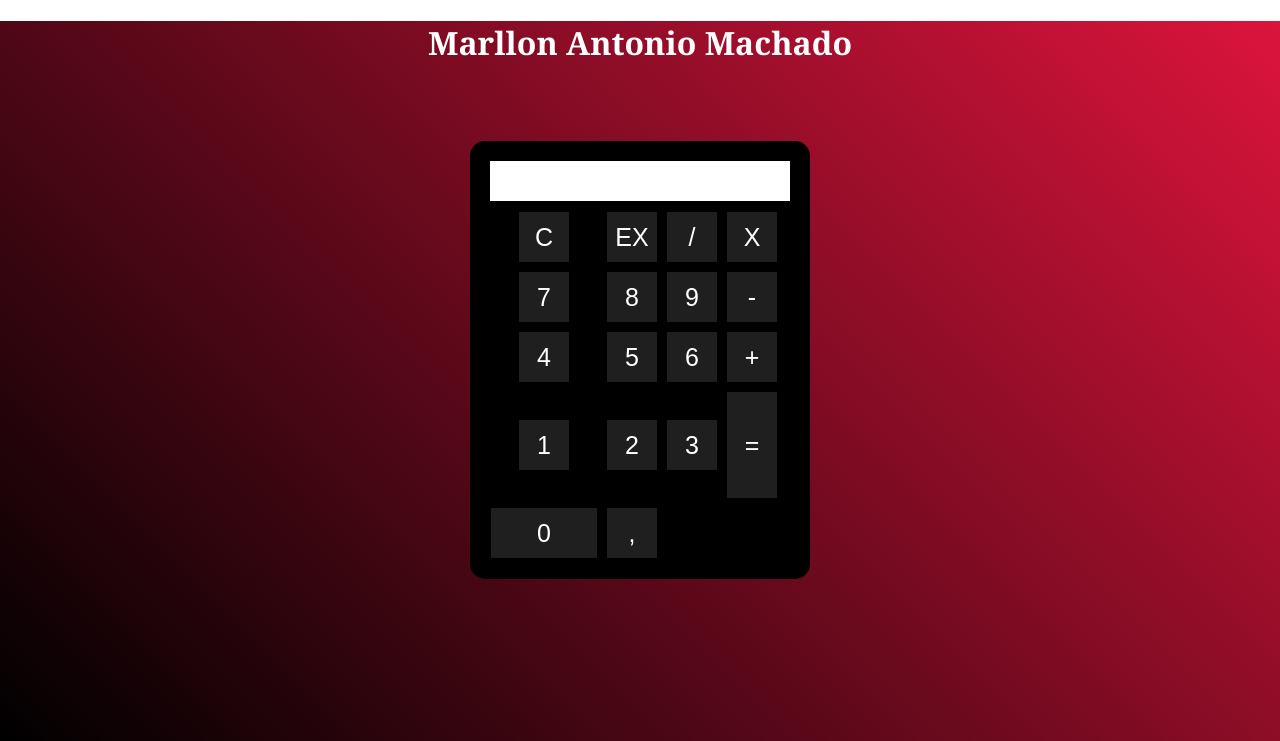
Repository: marllon-hetzler/calculadora.js
Page: interface.html
An editor plug-in stored every save of this project. The page is shown before and after the next save, followed by the edit.
The browser window is 1280 px wide. The pictures show the whole page.

Above is the page before, as saved 2022-11-04 19:57:23.

### interface.html
<!DOCTYPE html>
<html lang="en">
<head>
    <meta charset="UTF-8">
    <meta http-equiv="X-UA-Compatible" content="IE=edge">
    <meta name="viewport" content="width=, initial-scale=1.0">
    <title>Document</title>
</head>

    <style>
        body{
            margin: 0;
            padding: 0;
        }
        .fundo{
            background-image:linear-gradient(45deg,black,crimson);
            height:100vh;
            color: #fff;
            font-family: Georgia, 'Times New Roman', Times, serif;
            font-weight: bold;
            text-align: center;

        }
        .calculadora{
            position:absolute;
            background-color: rgba(0,0,0.8);
            top:50%;
            left: 50%;
            transform:translate(-50%,-50%) ;
            border-radius: 15px;
            padding: 15px;


        }
        .botao{
            width: 50px;
            height: 50px;
            font-size: 25px;
            cursor:pointer;
            background-color: rgb(31,31,31) ;
            border: none;
            color:#fff;
            margin: 3px;

            }
        .botao:hover{
            background-color: darkgray;
        }
        #resultado{
            background-color: white;
            width: 290px;
            height: 30px;
            margin: 5px;
            font-size: 25px;
            color: black;
            text-align: right;
            padding: 5px;
        }

    </style>
<body>


<div class="fundo">

    <h1>Marllon Antonio Machado</h1>
    <div class="calculadora">
        <p id="resultado"></p>
        <table>
            <tr>
                <td><button class ="botao" onclick="clean()">C</button></td>
                <td><button class ="botao" onclick="back()">EX</button></td>
                <td><button class ="botao" onclick="insert('/')">/</button></td>
                <td><button class ="botao" onclick="insert('*')">X</button></td>
            </tr>
            <tr>
                <td><button class ="botao" onclick="insert('7')">7</button></td>
                <td><button class ="botao" onclick="insert('8')">8</button></td>
                <td><button class ="botao" onclick="insert('9')">9</button></td>
                <td><button class ="botao" onclick="insert('-')">-</button></td>
            </tr>
            <tr>
                <td><button class ="botao" onclick="insert('4')">4</button></td>
                <td><button class ="botao" onclick="insert('5')">5</button></td>
                <td><button class ="botao" onclick="insert('6')">6</button></td>
                <td><button class ="botao" onclick="insert('+')">+</button></td>
            </tr>
            <tr>
                <td><button class ="botao" onclick="insert('1')">1</button></td>
                <td><button class ="botao" onclick="insert('2')">2</button></td>
                <td><button class ="botao" onclick="insert('3')">3</button></td>
                <td><button class ="botao" style="height:106px;" onclick="calcular()">=</button></td>
            </tr>
            <tr>
                <td><button class ="botao" style="width:106px ;" onclick="insert('0')">0</button></td>
                <td><button class ="botao" onclick="insert(',')">,</button></td>
            </tr>
        </table>
    </div>
    </div>
    <script>
        function insert(num)
        {
            var numero = document.getElementById('resultado').innerHTML;
            document.getElementById('resultado').innerHTML = numero + num;
        }
        function clean()
        {
            document.getElementById('resultado').innerHTML = "";
        }
        function back()
        {
            var resultado = document.getElementById('resultado').innerHTML;
            document.getElementById('resultado').innerHTML = resultado.substring(0, resultado.length -1);
        }
        function calcular()
        {
            var resultado = document.getElementById('resultado').innerHTML;
            if(resultado)
            {
                document.getElementById('resultado').innerHTML = eval(resultado);
            }
            else
            {
                document.getElementById('resultado').innerHTML = "Nada..."
            }
        }
    </script>
</body>
</html>

After the next save:
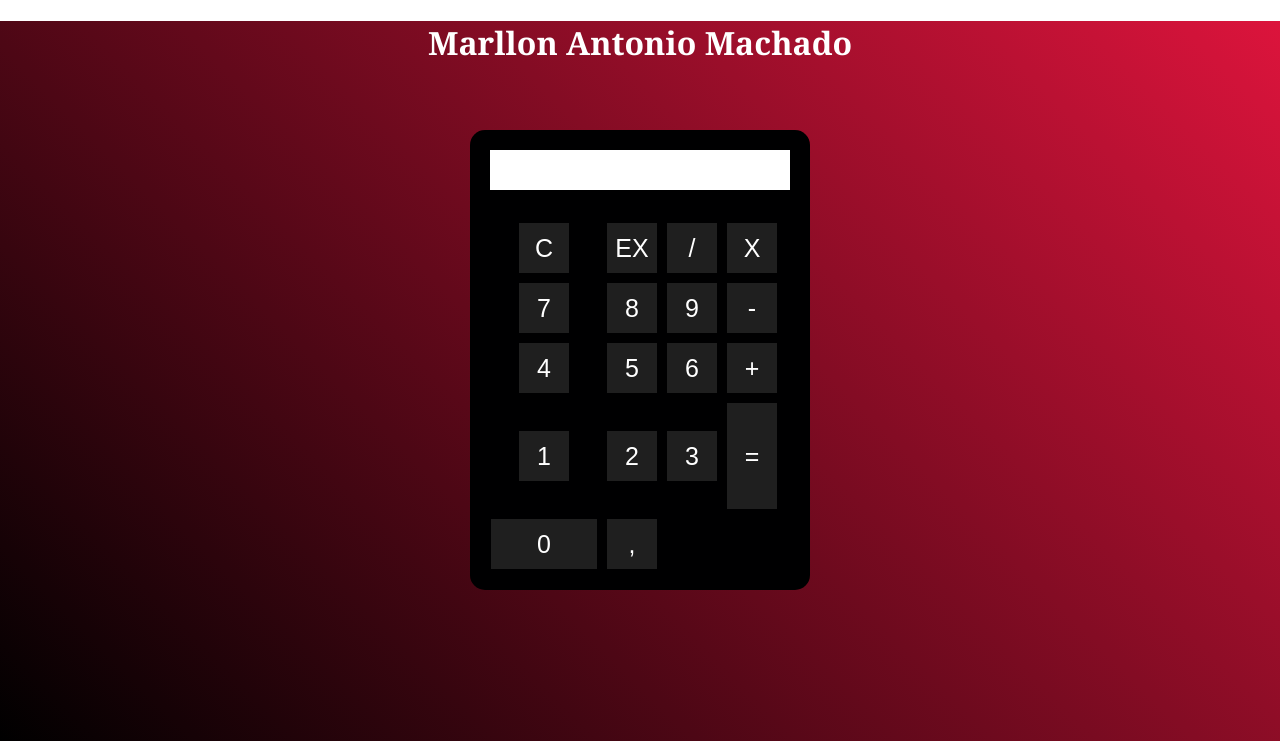
Saved 39 s later.
--- a/interface.html
+++ b/interface.html
@@ -72,7 +72,7 @@
                 <td><button class ="botao" onclick="back()">EX</button></td>
                 <td><button class ="botao" onclick="insert('/')">/</button></td>
                 <td><button class ="botao" onclick="insert('*')">X</button></td>
-            </tr>
+            </tr><br/>
             <tr>
                 <td><button class ="botao" onclick="insert('7')">7</button></td>
                 <td><button class ="botao" onclick="insert('8')">8</button></td>
